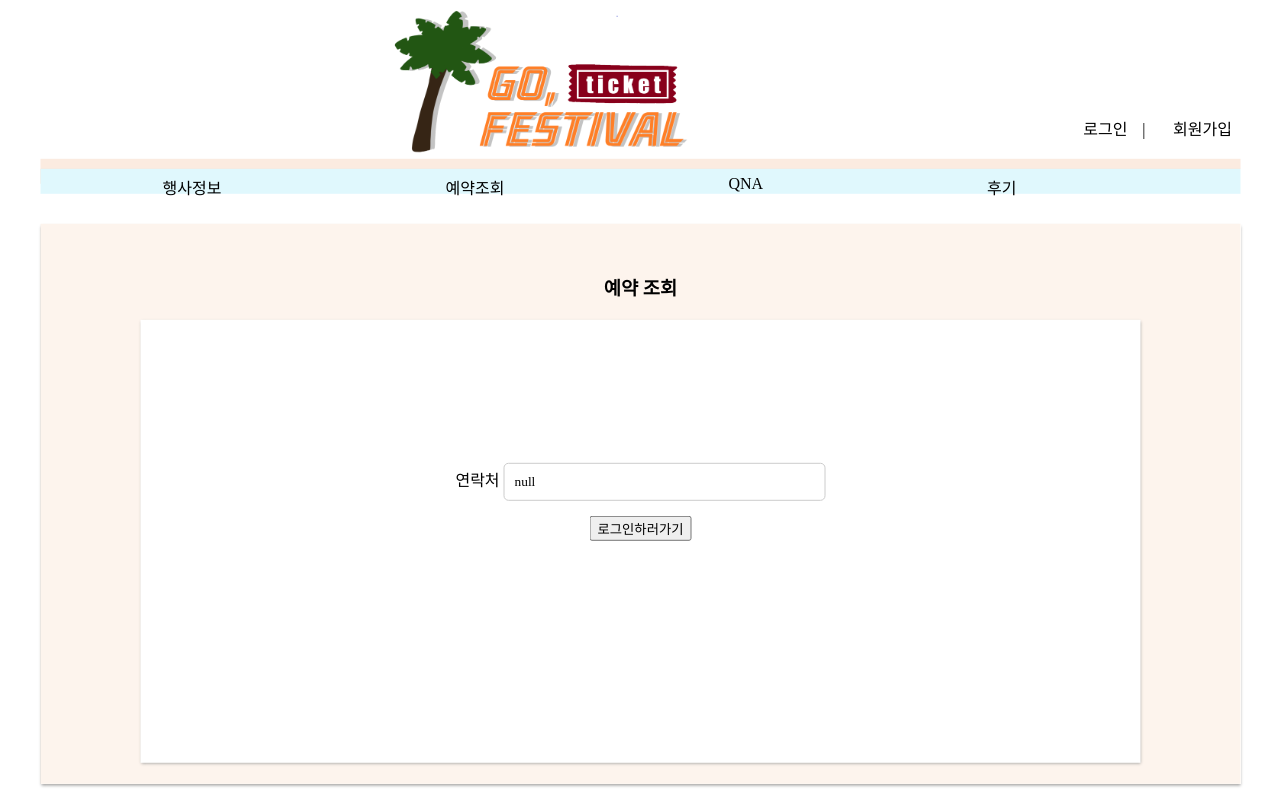
Repository: Changgyu1/Chang_Gu
Page: http://localhost/Project/findEmailInfo.jsp
These files come from the project's save history. The page is drawn as it stood at one moment and after the next save; the edit follows.
The browser window is 1280 px wide. The pictures show the whole page.
Some web fonts or font styles are not loaded; a fallback is used. The page is served by Tomcat 9. Queries for data that is not in the repository find no rows.

Above is the page before, as saved 2023-11-16 06:24:57.

After the next save:
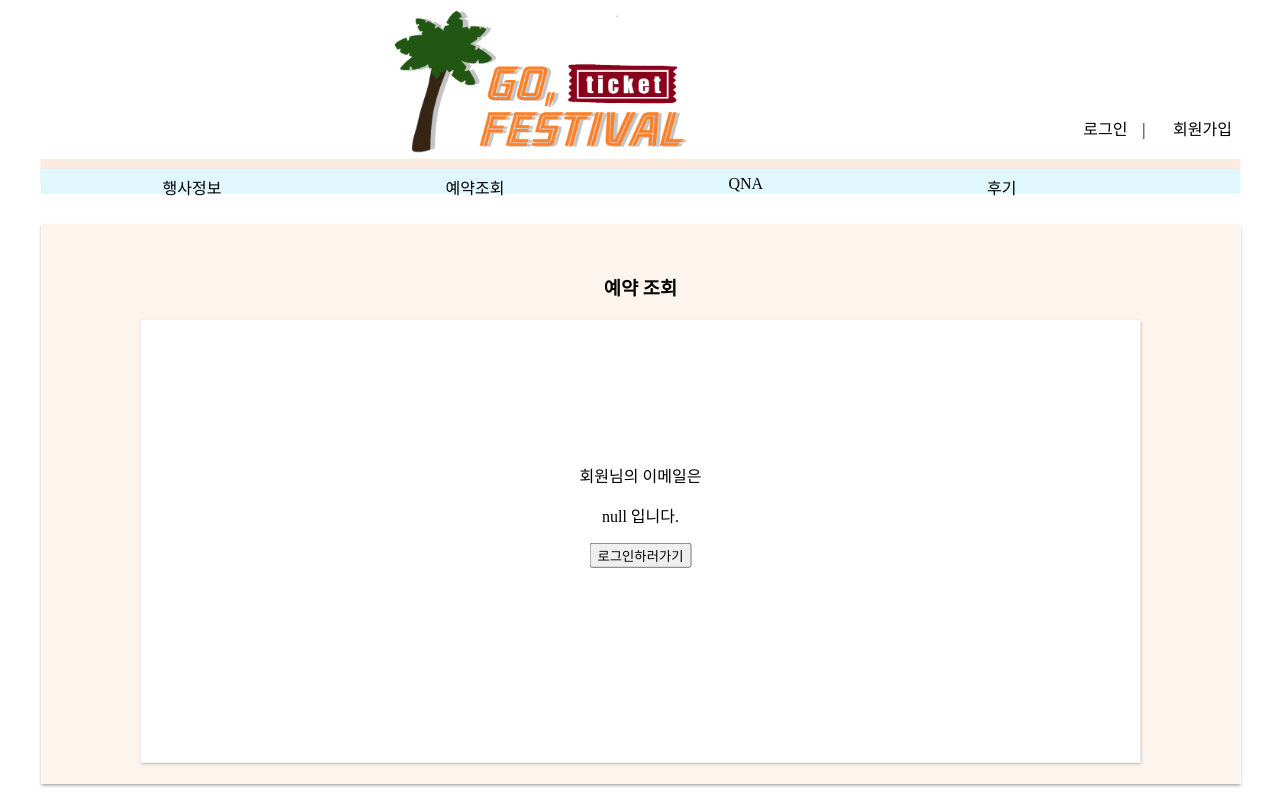
Saved 59 s later.
--- a/Project/src/main/webapp/findEmailInfo.jsp
+++ b/Project/src/main/webapp/findEmailInfo.jsp
@@ -59,8 +59,8 @@
 				<div id="r_search">
 					<form action="" method="post">
 
-						<label for="phoneNumber">연락처</label>
-						<input type="text" id="phoneNumber" name="phoneNumber" value="<%=dao.findEmail(phonenumber)%>"><br>
+						<label for="phoneNumber">회원님의 이메일은</label>  <br>
+						<p><%=dao.findEmail(phonenumber)%> 입니다.</p>
 
 						<input type="submit" value="로그인하러가기">
 					</form>
